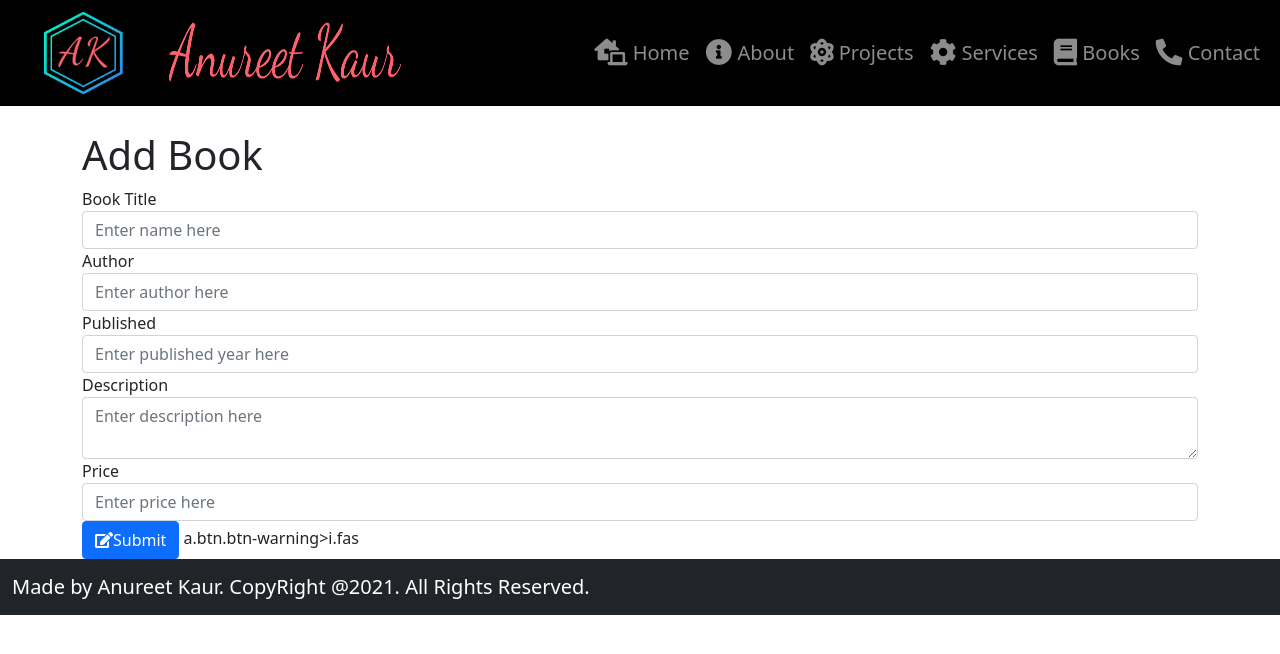
Repository: Anureet23/Portfolio_Authentication
Page: http://localhost/book-list/add
These files come from the project's save history. The page is drawn as it stood at one moment and after the next save; the edit follows.
The browser window is 1280 px wide. The pictures show the whole page.
The page is served by the project's Node server (server.js).

Above is the page before, as saved 2021-06-16 19:51:33.

After the next save:
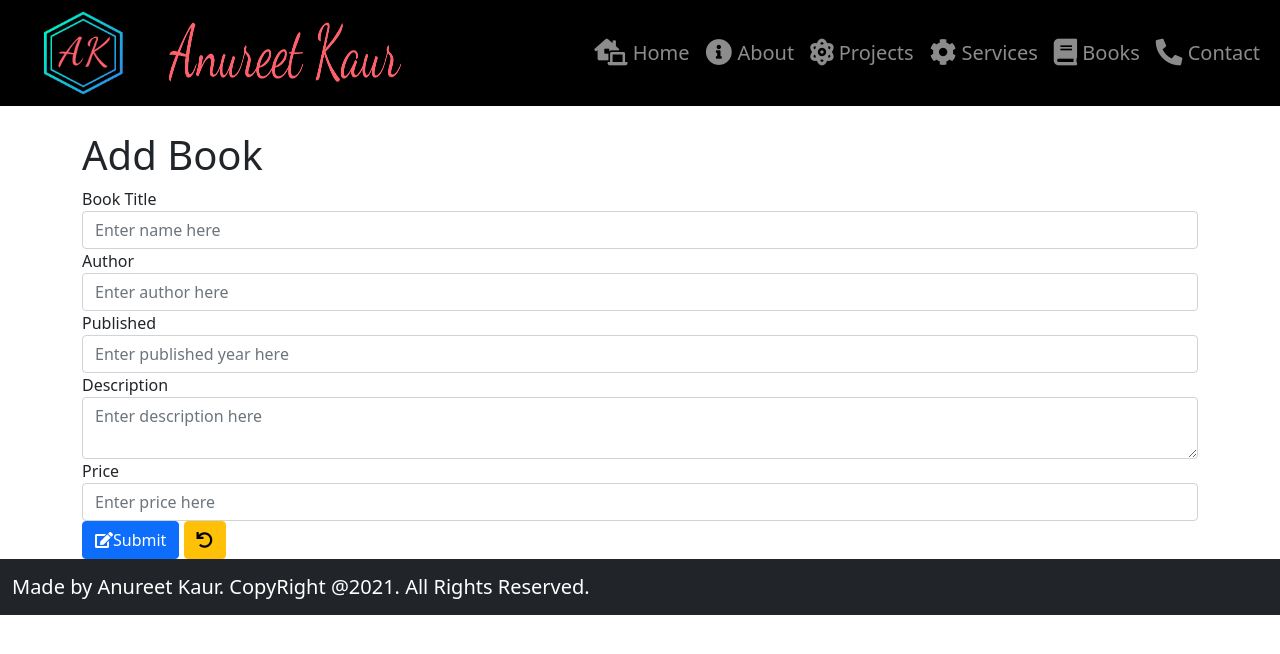
Saved 7 s later.
--- a/server/views/book/add.ejs
+++ b/server/views/book/add.ejs
@@ -41,7 +41,7 @@
             <i class="fas fa-edit"></i>Submit
         </button>
 
-        a.btn.btn-warning>i.fas
+        <a href="" class="btn btn-warning"><i class="fas fa-undo"></i></a>
 
         </form>
     </div>
